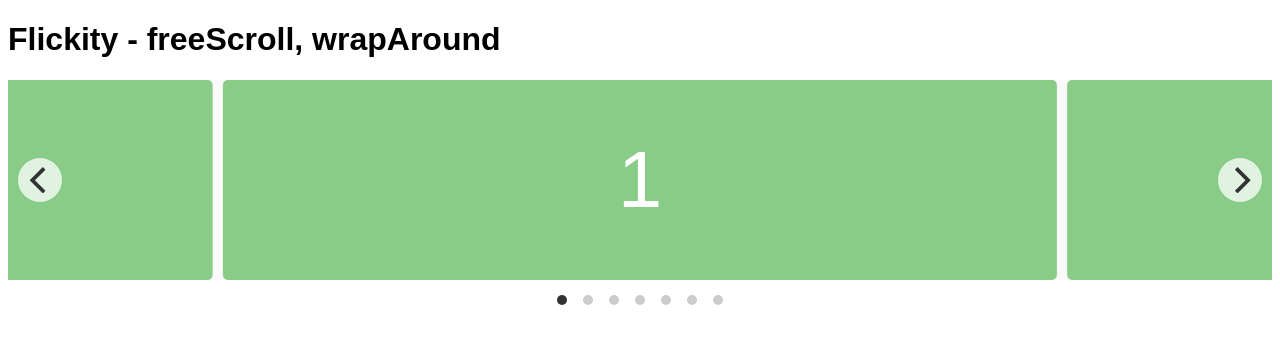
Repository: tongdkhai/Graphic-Art-Mart
Page: test/test.html
The author's editor kept a copy of each file at every save. The page is drawn from the files as they stood at one save, then again after the next save.
The browser window is 1280 px wide. The pictures show the whole page.

Above is the page before, as saved 2022-10-25 16:57:19.

After the next save:
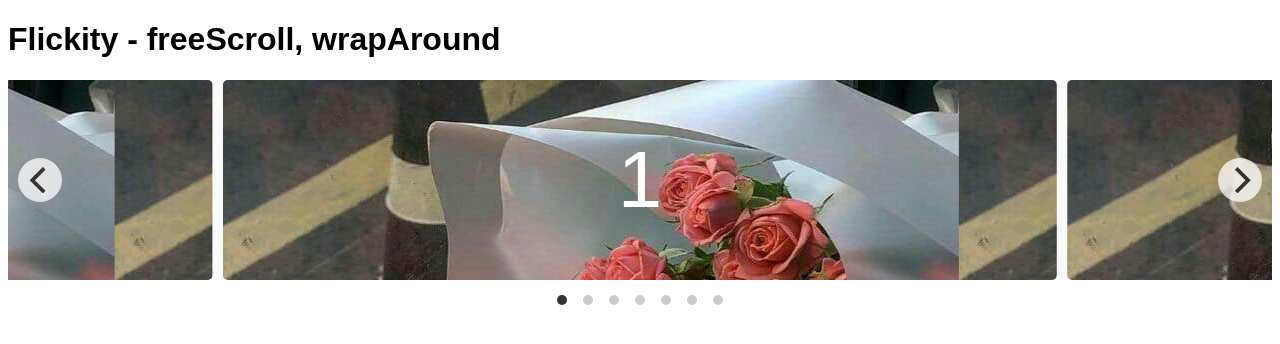
Saved 38 s later.
--- a/test/test.html
+++ b/test/test.html
@@ -33,7 +33,7 @@
         width: 66%;
         height: 200px;
         margin-right: 10px;
-        background: #8c8;
+        background-image: url(./image.jpg);
         border-radius: 5px;
         counter-increment: carousel-cell;
       }
